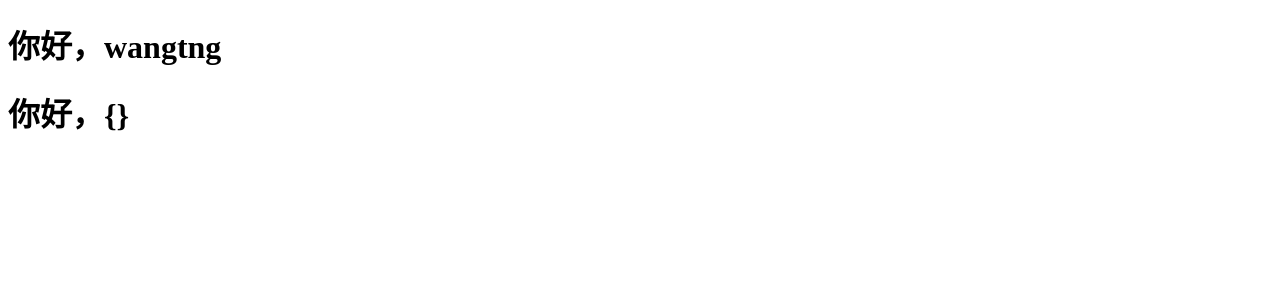
Repository: reggiepy/vueLeaning
Page: 04 el与data的两种写法/el与data两种写法.html
An editor plug-in stored every save of this project. The page is shown before and after the next save, followed by the edit.
The browser window is 1280 px wide. The pictures show the whole page.

Above is the page before, as saved 2021-12-05 15:41:55.

### 04 el与data的两种写法/el与data两种写法.html
<!DOCTYPE html>
<html lang="en">
<head>
    <meta charset="UTF-8">
    <meta http-equiv="X-UA-Compatible" content="IE=edge">
    <meta name="viewport" content="width=device-width, initial-scale=1.0">
    <title>Document</title>
    <script type="text/javascript" src="../js/vue.js"></script>
</head>
<body>
    <div id="root">
        <h1>你好，{{name}}</h1>
        <h1>你好，{{$refs}}</h1>
    </div>
    <script>
        Vue.config.productionTip = false;
        const vm = new Vue({
            el: "#root",
            data: {
                name: "wangtng"
           }
        })
        console.log(vm)
    </script>
</body>
</html>

Loaded but not shown: js/vue.js (library)

After the next save:
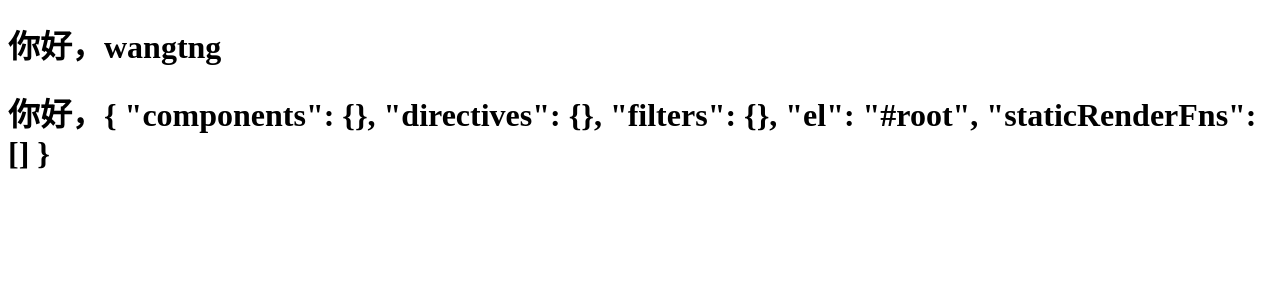
Saved 27 s later.
--- a/04 el与data的两种写法/el与data两种写法.html
+++ b/04 el与data的两种写法/el与data两种写法.html
@@ -10,7 +10,7 @@
 <body>
     <div id="root">
         <h1>你好，{{name}}</h1>
-        <h1>你好，{{$refs}}</h1>
+        <h1>你好，{{$options}}</h1>
     </div>
     <script>
         Vue.config.productionTip = false;
